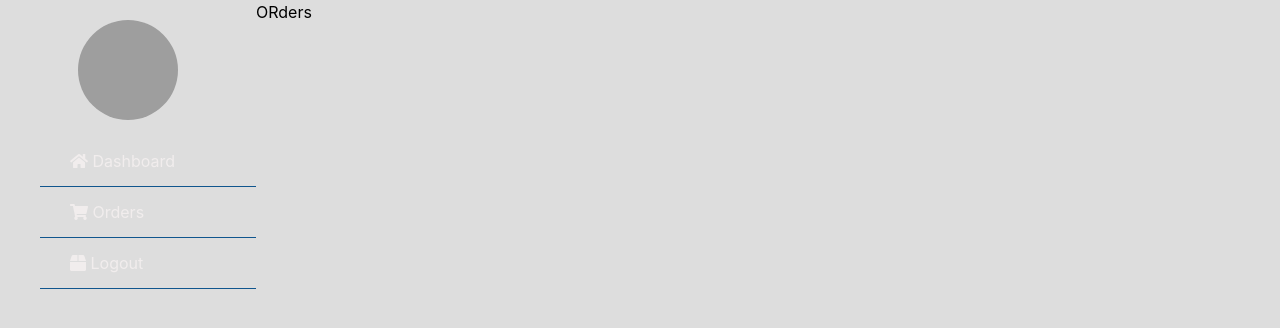
Repository: cjaymoni/FE_Submission02
Page: http://localhost/orders
The author's editor kept a copy of each file at every save. The page is drawn from the files as they stood at one save, then again after the next save.
The browser window is 1280 px wide. The pictures show the whole page.
Pictures or frames that could not be fetched are drawn as grey boxes. Some web libraries are served in a nearby version. The page is run by PHP 8.4 with error messages shown; the project is at /var/www/html/.

Above is the page before, as saved 2022-09-29 14:47:42.

### index.php
<!doctype html>
<html lang="en">
<head>
    <?php include './layout/header.html' ?>
</head>
<body>
<?php
require_once './layout/sidebar.html';

$request = $_SERVER['REQUEST_URI'];

switch ($request) {
        case '/' :
        case '' :
        case '/home' :
            case '/login':
                case '/login/':
        require __DIR__.'/views/login-page/login.html';
        break;


        case '/orders':
        case '/orders/':
        require __DIR__.'/views/orders/orders.html';
        break;

        case '/dashboard':
        case '/dashboard/':
        require __DIR__.'/views/dashboard/dashboard.html';
        break;





        default:
        require __DIR__.'/views/login-page/login.html';
        break;
}
?>

 <?php require_once './layout/footer.html' ?>
</body>
</html>

### layout/header.html
<meta charset="utf-8" />
<meta name="viewport" content="width=device-width, initial-scale=1.0" />

<!-- FavIcon -->
<link rel="icon" type="image/svg+xml" href="assets/Freddys_Logo.svg" />

<!-- CSS -->
<link rel="stylesheet" href="css/styles.css" />

<!-- Font Awesome -->
<link
  rel="stylesheet"
  href="https://use.fontawesome.com/releases/v5.8.1/css/all.css"
/>

<!-- Title -->
<title>Freddy's Shop</title>

### layout/sidebar.html
<aside>
  <div class="sidebar" id="sidebar">
    <div class="profile">
      <img src="assets/Freddys_Logo.svg" alt="Freddys_Logo" />
    </div>
    <ul>
      <li>
        <a href="/dashboard">
          <i class="fas fa-home"></i>
          <span>Dashboard</span>
        </a>
      </li>
      <li>
        <a href="/orders">
          <i class="fas fa-shopping-cart"></i>
          <span>Orders</span>
        </a>
      </li>
      <li>
        <a href="products.html">
          <i class="fas fa-box"></i>
          <span>Logout</span>
        </a>
      </li>
    </ul>
  </div>
</aside>
<script src="js/sidebar-toggle.js"></script>

### views/orders/orders.html
<div class="content">ORders</div>

### layout/footer.html
<script
  src="https://code.jquery.com/jquery-3.6.1.min.js"
  integrity="sha256-o88AwQnZB+VDvE9tvIXrMQaPlFFSUTR+nldQm1LuPXQ="
  crossorigin="anonymous"
></script>

### css/styles.css
:root {
    --color-primary: #f00;
    --color-secondary: #0f0;
    --color-tertiary: rgb(0, 110, 255);
    background-color: #dddddd;
    font-family: Inter, Avenir, Helvetica, Arial, sans-serif;
    font-size: 16px;
    line-height: 24px;
    min-width: 100vw;
    min-height: 100vh;
    scroll-behavior: smooth;
}


body {
    overflow-x: hidden;
    height: 100vh;
    width: 100vw;
    margin: 0;
}

.login-div {
    display: flex;
    flex-direction: column;
    justify-content: center;
    align-items: center;
    border: 5px solid rgb(65, 61, 61);
    margin: auto;
    margin-top: 15%;
    width: 50%;
    padding: 5px;


}

.login-head {
    display: flex;
    justify-content: space-between;
    flex-wrap: wrap;
}

.login-img {
    width: 100px;
    height: 100px;
    border-radius: 50%;
    margin: 10px;
}

.login-head-text {
    display: flex;
    justify-content: center;
    align-items: center;
    margin: 10px;
    flex-wrap: wrap;
}

.login-head-img {
    display: flex;
    justify-content: center;
    align-items: center;
    margin: 10px;
}

.login-form {
    display: flex;
    flex-direction: column;
    justify-content: center;
    align-items: center;
    margin: 10px;
    width: 100%;
}



.input-div {
    display: flex;
    flex-direction: column;
    justify-content: center;
    align-items: center;
    margin: 10px;
    width: 100%;
}

input[type=text],
input[type=password] {
    width: 100%;
    padding: 12px 20px;
    margin: 8px 0;
    display: inline-block;
    border: 2px solid #ccc;
    box-sizing: border-box;
    border-radius: 5px;
}

.login-btn {
    width: 100%;
    padding: 10px;
    border: 2px solid #ccc;
    border-radius: 5px;
}


.sidebar {
    background-color: #dddddd;
    position: fixed;
    top: 0;
    left: 0;
    width: 20%;
    height: 100%;
    padding: 20px 0;
    transition: all 0.5s ease;

}

.content {
    width: 80%;
    height: 100%;
    float: right;
}


.sidebar .profile img {
    display: block;
    width: 100px;
    height: 100px;
    border-radius: 50%;
    margin: 0 auto;
}

.sidebar ul li {
    list-style: none;

}

.sidebar ul li a {
    display: block;
    padding: 13px 30px;
    border-bottom: 1px solid #10558d;
    color: rgb(241, 237, 237);
    font-size: 16px;
    position: relative;
    text-decoration: none;
}

.sidebar ul li a .icon {
    color: #dee4ec;
    width: 30px;
    display: inline-block;
}

### js/sidebar-toggle.js
const pgUrl = window.location.href.substr(
  window.location.href.lastIndexOf("/") + 1
);
const sdComponent = document.querySelector(".sidebar");
if (pgUrl === "login") {
  sdComponent.style.display = "none";
}

After the next save:
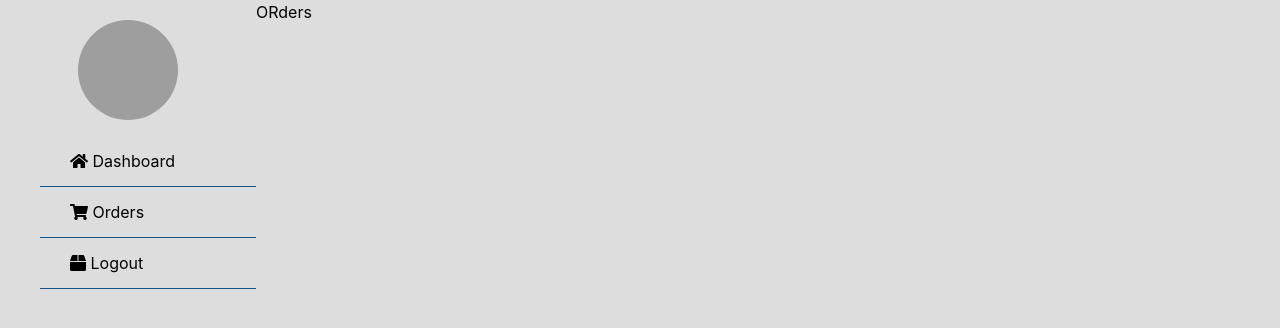
Saved 33 s later.
--- a/css/styles.css
+++ b/css/styles.css
@@ -136,14 +136,14 @@ input[type=password] {
     display: block;
     padding: 13px 30px;
     border-bottom: 1px solid #10558d;
-    color: rgb(241, 237, 237);
+    color: black;
     font-size: 16px;
     position: relative;
     text-decoration: none;
 }
 
 .sidebar ul li a .icon {
-    color: #dee4ec;
+    color: black;
     width: 30px;
     display: inline-block;
 }
